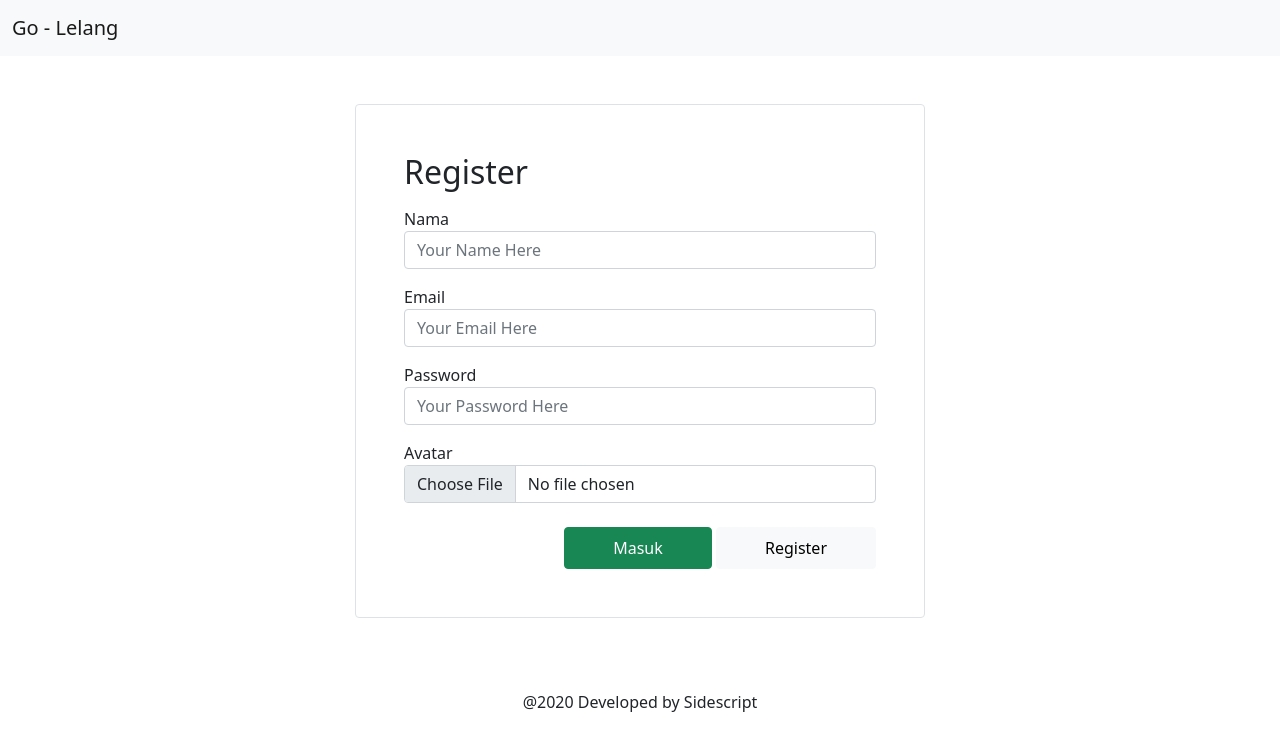
Repository: khulqu15/Go---Lelalng
Page: http://localhost/register
These files come from the project's save history. The page is drawn as it stood at one moment and after the next save; the edit follows.
The browser window is 1280 px wide. The pictures show the whole page.
The page is served by the project's Laravel application, run on PHP 8.4 with Laravel 8.

Above is the page before, as saved 2021-02-22 16:00:26.

After the next save:
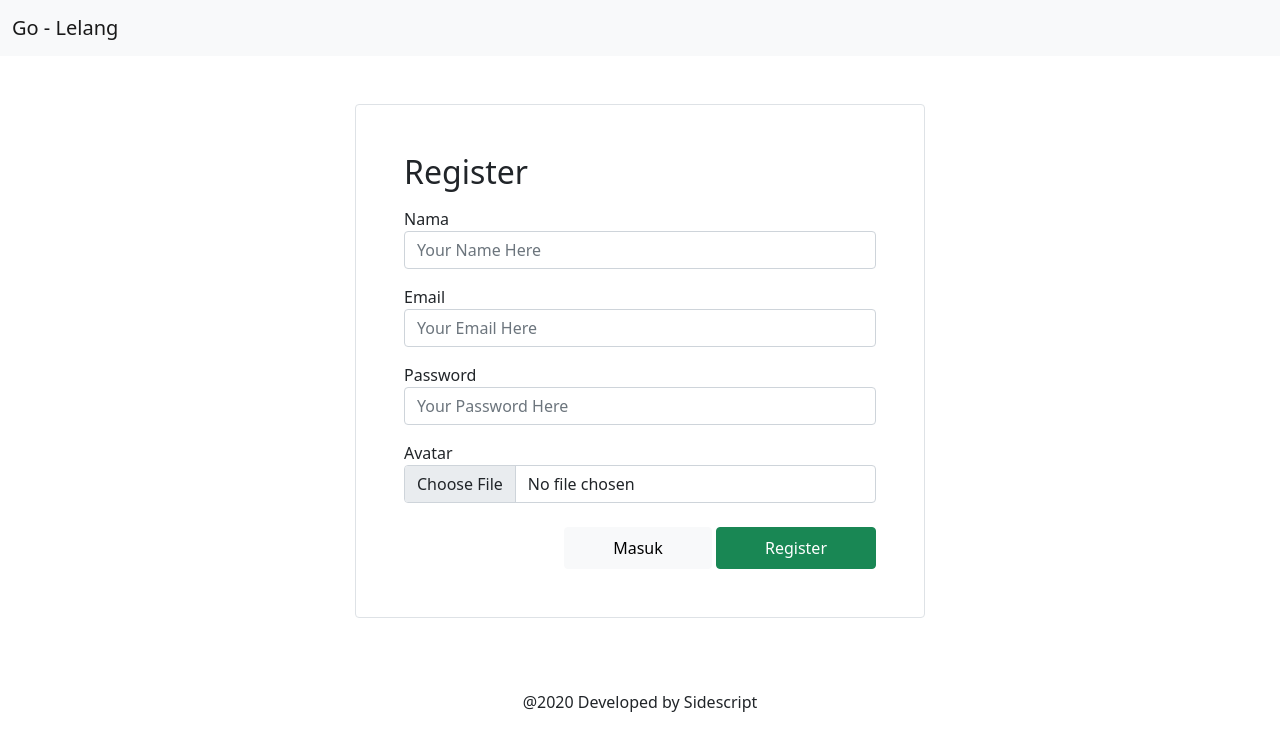
Saved 29 s later.
--- a/resources/views/auth/register.blade.php
+++ b/resources/views/auth/register.blade.php
@@ -25,8 +25,8 @@
                     <input type="file" id="avatar" accept=".jpg, .png, .jpeg" class="form-control" name="avatar">
                 </div>
                 <div class="text-right">
-                    <button onclick="window.location = '{{ route('register') }}'" class="btn btn-success px-5 py-2 mt-3" type="button">Masuk</button>
-                    <button class="btn btn-light px-5 py-2 mt-3" type="submit">Register</button>
+                    <button onclick="window.location = '{{ route('register') }}'" class="btn btn-light px-5 py-2 mt-3" type="button">Masuk</button>
+                    <button class="btn btn-success px-5 py-2 mt-3" type="submit">Register</button>
                 </div>
             </form>
         </div>
